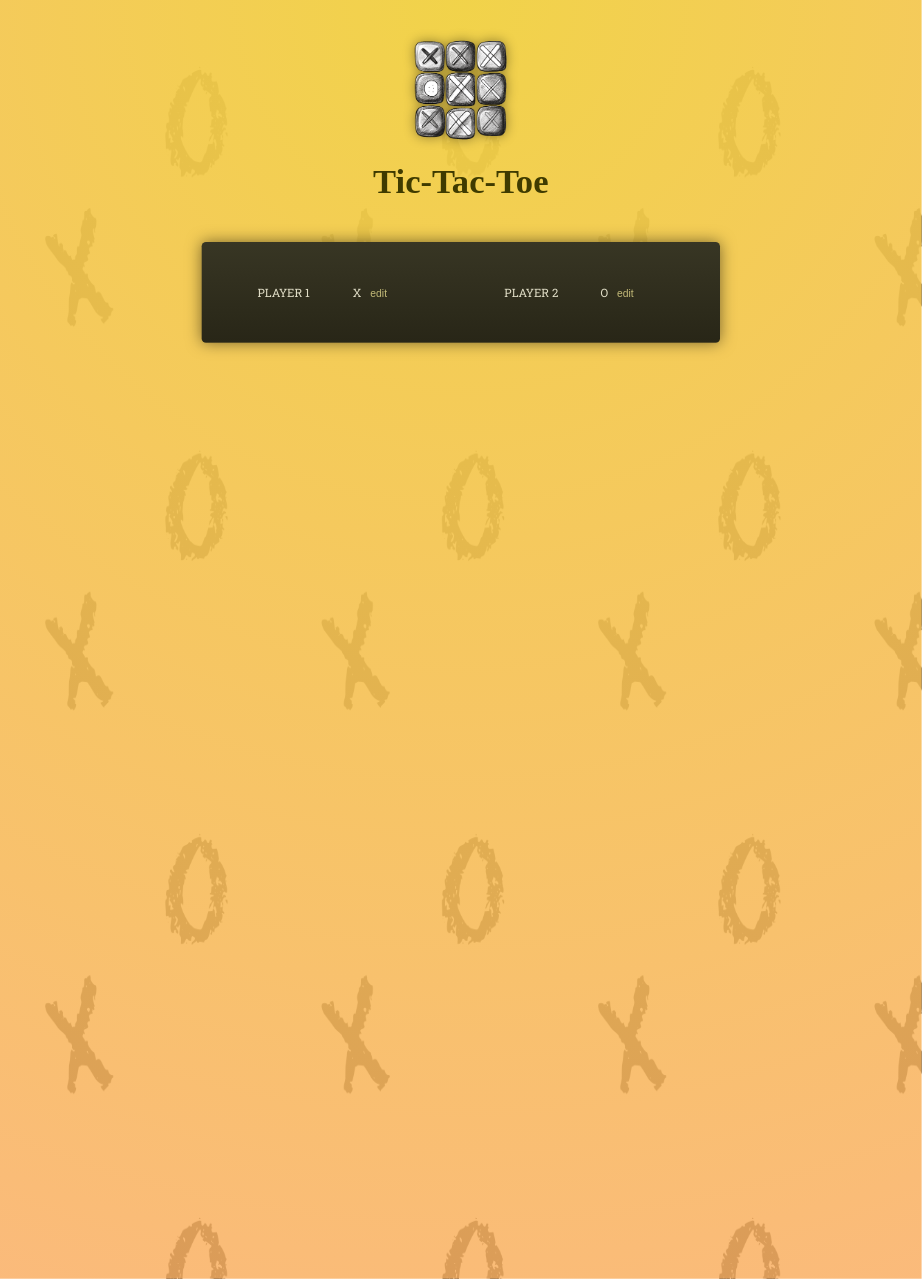
Repository: nithilprasathk/tic-tac-toe
Page: /
An editor plug-in stored every save of this project. The page is shown before and after a run of saves, followed by the edit.
The browser window is 1280 px wide. The pictures show the whole page, at 72% of full size.
Some web fonts or font styles are not loaded; a fallback is used. The project was rebuilt for these pictures with package versions that can differ from the ones it lists, and the page was loaded fresh each time. Also part of the build but not shown: vite.config.js.

Above is the page before, as saved 2024-02-02 17:54:09.

### index.html
<!DOCTYPE html>
<html lang="en">
  <head>
    <meta charset="UTF-8" />
    <link rel="icon" type="image/svg+xml" href="/game-logo.png" />
    <meta name="viewport" content="width=device-width, initial-scale=1.0" />
    <title>React Tic-Tac-Toe</title>
  </head>
  <body>
    <header>
      <img src="game-logo.png" alt="Tic tac toe game board">
      <h1>Tic-Tac-Toe</h1>
    </header>
    <div id="root"></div>
    <script type="module" src="/src/index.jsx"></script>
  </body>
</html>

### src/App.jsx
import Player from "./components/Player"
function App() {


  return (
   <main>
    <div id="game-container">
      <ol id="players">
        <Player name="Player 1" symbol="X"/>
        <Player name="Player 2" symbol="O"/>

      </ol>

    </div>
   </main>
  )
}

export default App

### src/components/Player.jsx
import { useState } from "react";
export default function Player({name,symbol}){
    return(

        <li>
          <span className="players">
          <span className="player-name">{name}</span>
          <span className="player-symbol">{symbol}</span>
          </span>
          <button>edit</button>
        </li>

    );
}

Loaded but not shown: src/index.jsx (common file); src/index.css (common file)

After the next 6 saves:
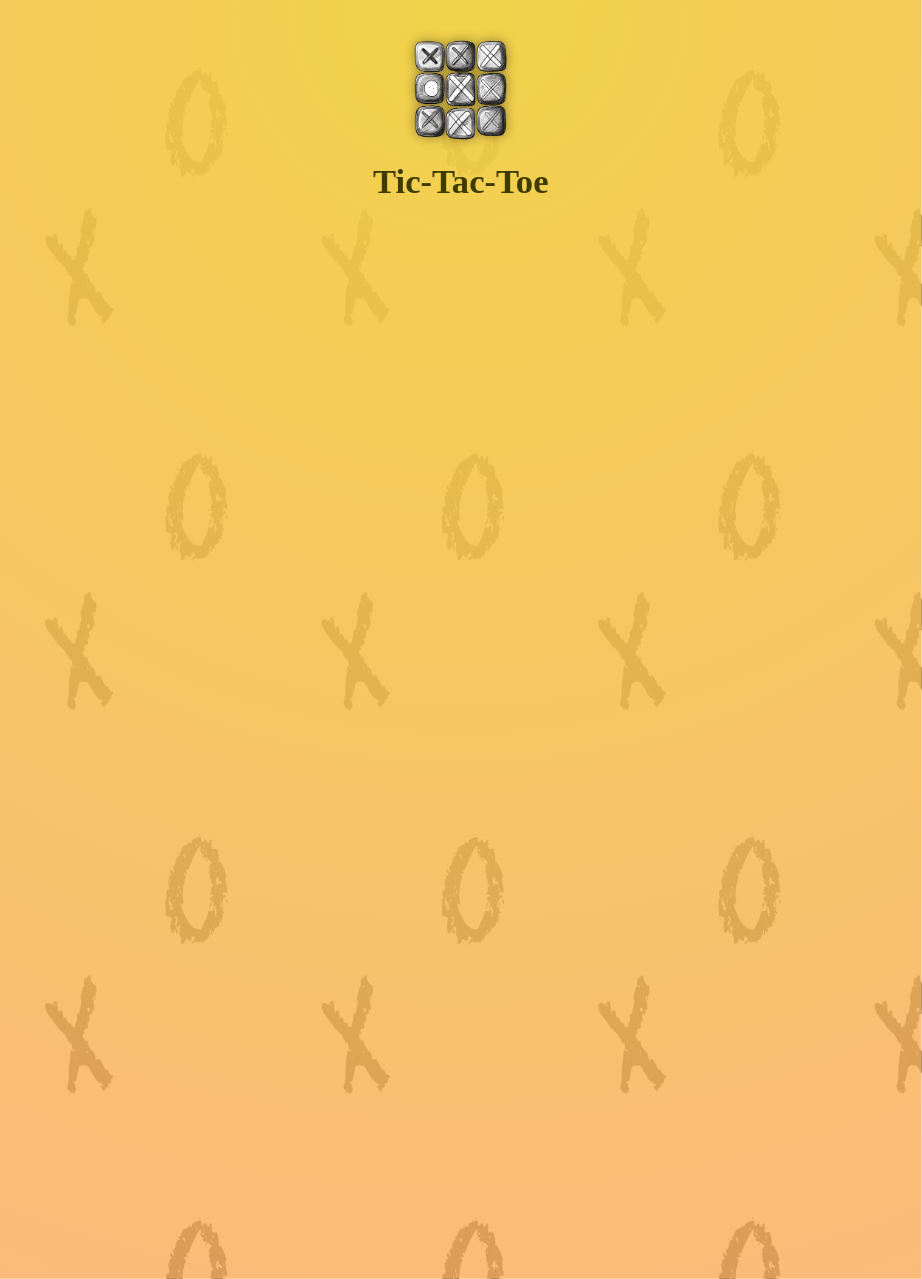
Console error: ReferenceError: use is not defined
The 6 saves are shown as one change because 3 did not build or start and some came seconds apart.
The last was saved 24 s later.
--- a/src/components/Player.jsx
+++ b/src/components/Player.jsx
@@ -1,5 +1,6 @@
 import { useState } from "react";
 export default function Player({name,symbol}){
+    const [isEditing,setEditing] = use
     return(
 
         <li>

After the 3 saves that followed:
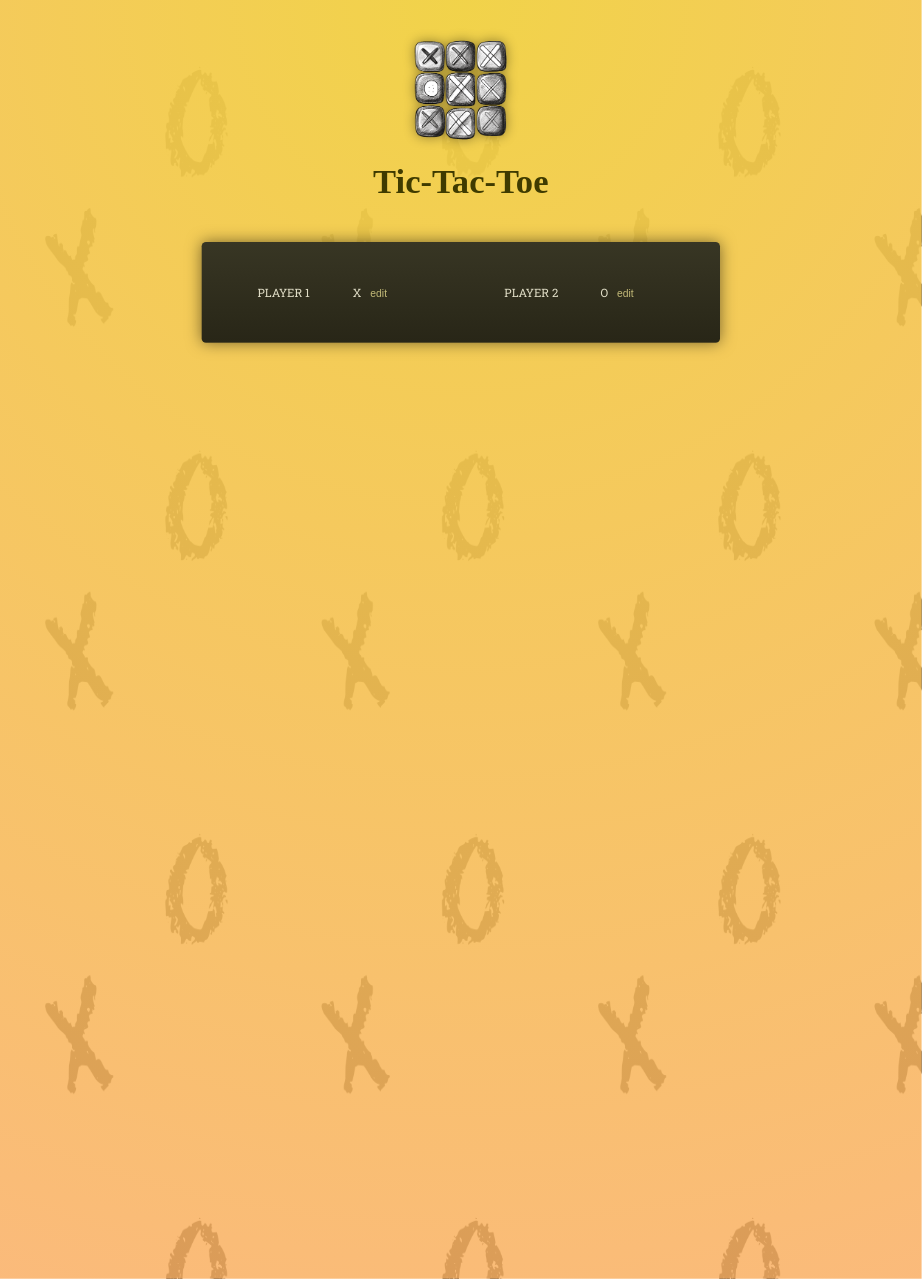
The error is gone.
The 3 saves are shown as one change because they came seconds apart.
The last was saved 9 s later.
--- a/src/components/Player.jsx
+++ b/src/components/Player.jsx
@@ -1,6 +1,6 @@
 import { useState } from "react";
 export default function Player({name,symbol}){
-    const [isEditing,setEditing] = use
+    const [isEditing,setEditing] = useState(false);
     return(
 
         <li>
@@ -8,7 +8,7 @@
           <span className="player-name">{name}</span>
           <span className="player-symbol">{symbol}</span>
           </span>
-          <button>edit</button>
+          <button >edit</button>
         </li>
 
     );
